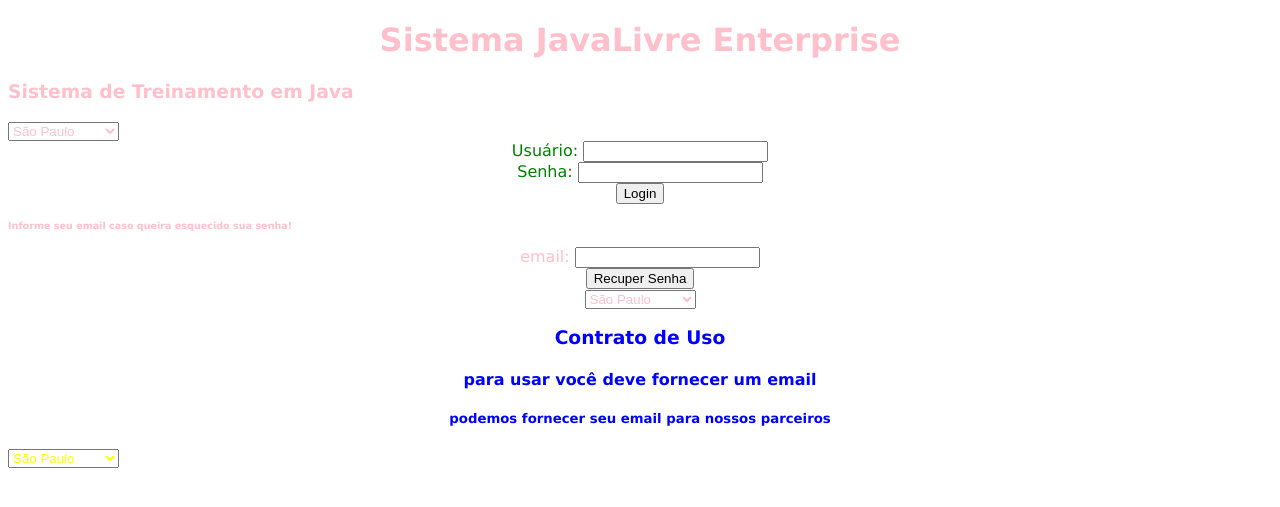
Repository: marciojv/treina-java
Page: workspace/JavaLivre/src/html/login.html
These files come from the project's save history. The page is drawn as it stood at one moment and after the next save; the edit follows.
The browser window is 1280 px wide. The pictures show the whole page.

Above is the page before, as saved 2017-06-10 16:46:23.

### workspace/JavaLivre/src/html/login.html
<!DOCTYPE html>
<html>
<head>

<link rel="stylesheet" type="text/css" href="css/javalivre.css">

<style type="text/css">


/*

#form1 select {
    color: yellow;
}


form select {
    color: yellow;
}


# os dois elementos recebem os atributos
form select {
    color: yellow;
}

# muda os elementos select que estao dentro de qualquer form
form > select {
    color: yellow;
}



:focus {
    color: pink;
}


*/


div {
   color: blue;
   text-align: center;
}

h1 {
  text-align: center;
}

#h5recupera {
  font-size: 60%;
}

.contrato {
    text-align: center;
    color: blue;
}

</style>


<meta charset="UTF-8">
<title>Login</title>
</head>
<body>
<h1>Sistema JavaLivre Enterprise</h1>
<h3>Sistema de Treinamento em Java</h3>

<form id="form1" action="login.html">

<select name="estado" >
  <option value="PR">Paraná</option>
  <option value="SC">Santa Catarina</option>
  <option selected value="SP">São Paulo</option>
</select>

<div id="divlogin" style="color:green" >
Usuário: <input type="text" name="login"><br>
Senha:   <input type="text" name="senha"><br>
         <input type="submit" value="Login"><br>
</div>

</form>

<h5 id="h5recupera" >Informe seu email caso queira esquecido sua senha!</h5>
<div id="divrecupera">
<form action="login.html">
email: <input type="email" name="email"><br>
       <input type="submit" value="Recuper Senha"><br>

<select name="estadorecupera" >
  <option value="PR">Paraná</option>
  <option value="SC">Santa Catarina</option>
  <option selected value="SP">São Paulo</option>
</select>

</form>
</div>

<h3 class="contrato" >Contrato de Uso</h3>
<h4 class="contrato" >para usar você deve fornecer um email</h4>
<h5 class="contrato" >podemos fornecer seu email para nossos parceiros</h5>

<select name="estadocontrato" >
  <option value="PR">Paraná</option>
  <option value="SC">Santa Catarina</option>
  <option selected value="SP">São Paulo</option>
</select>

</body>




</html>

### workspace/JavaLivre/src/html/css/javalivre.css
@CHARSET "UTF-8";

body {
  color: red;
  font-family: verdana;
}


form,select,body {
    color: pink;
}

form~select {
	color: yellow;
}


/*
select {
    color: pink;
}
*/


/* Adiciona o Css a todos elementos */
/*
* {
	color: pink;
}
*/

After the next save:
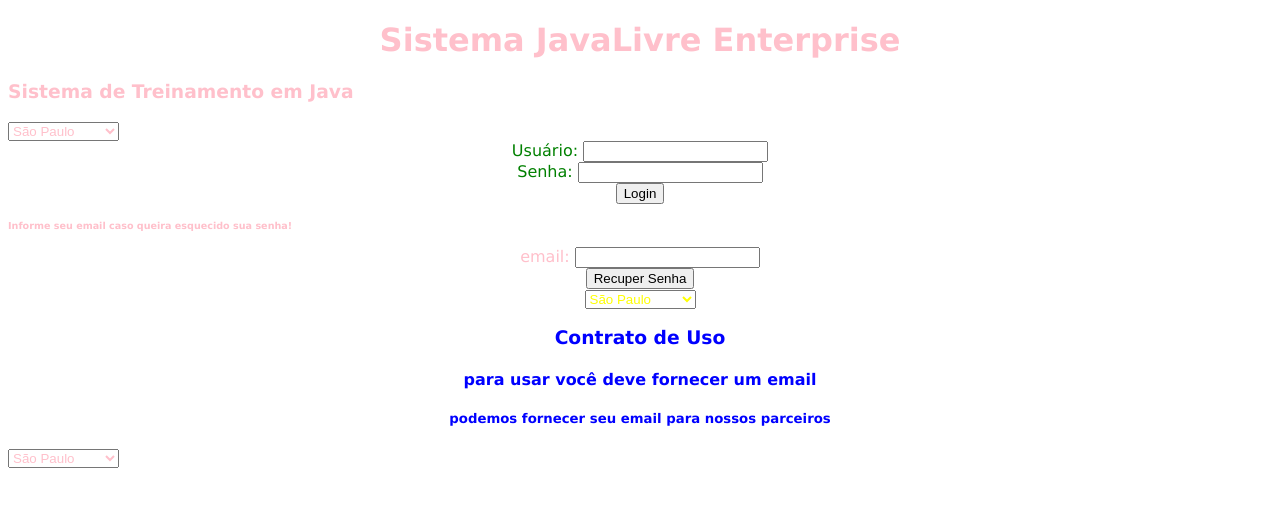
Saved 22 s later.
--- a/workspace/JavaLivre/src/html/css/javalivre.css
+++ b/workspace/JavaLivre/src/html/css/javalivre.css
@@ -10,7 +10,7 @@ form,select,body {
     color: pink;
 }
 
-form~select {
+div form select {
 	color: yellow;
 }
 
